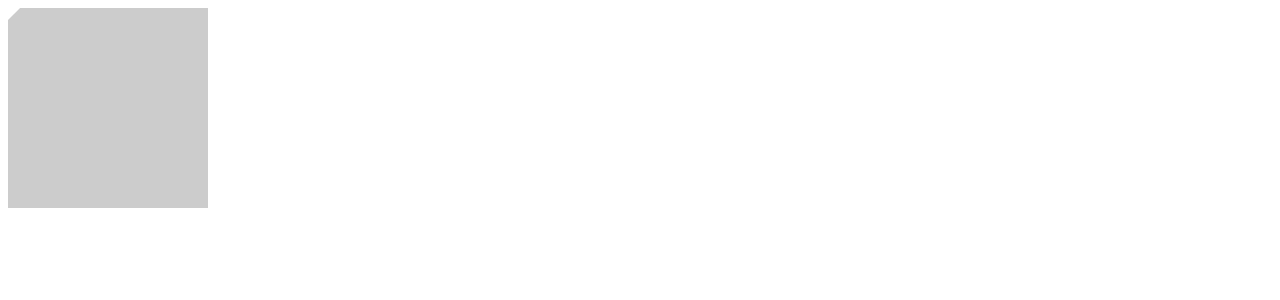
Repository: yaoxin1996/All-kinds-of-practice
Page: html/index.html
The author's editor kept a copy of each file at every save. The page is drawn from the files as they stood at one save, then again after the next save.
The browser window is 1280 px wide. The pictures show the whole page.
The pointer rests on the first visible `.box`.

Above is the page before, as saved 2022-05-22 10:03:15.

After the next save:
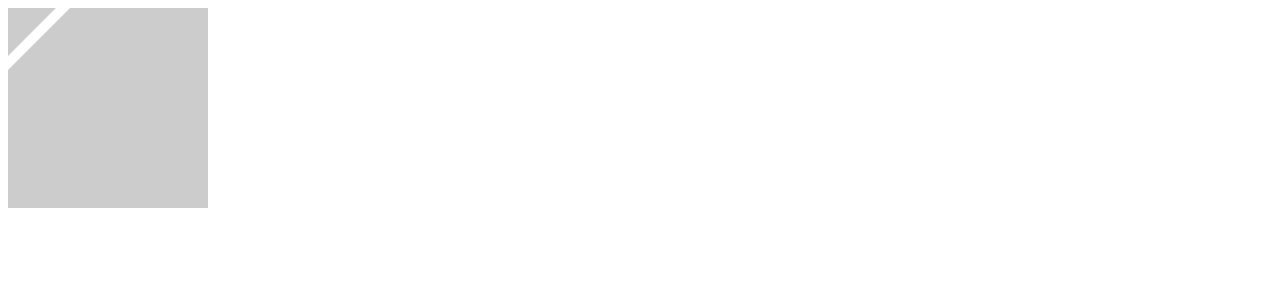
Saved 28 s later.
--- a/html/index.html
+++ b/html/index.html
@@ -26,6 +26,9 @@
     top: -100px;
     left: -50px;
   }
+  .box:hover .inner::after{
+    left: 0;
+  }
 
 </style>
 <body>
